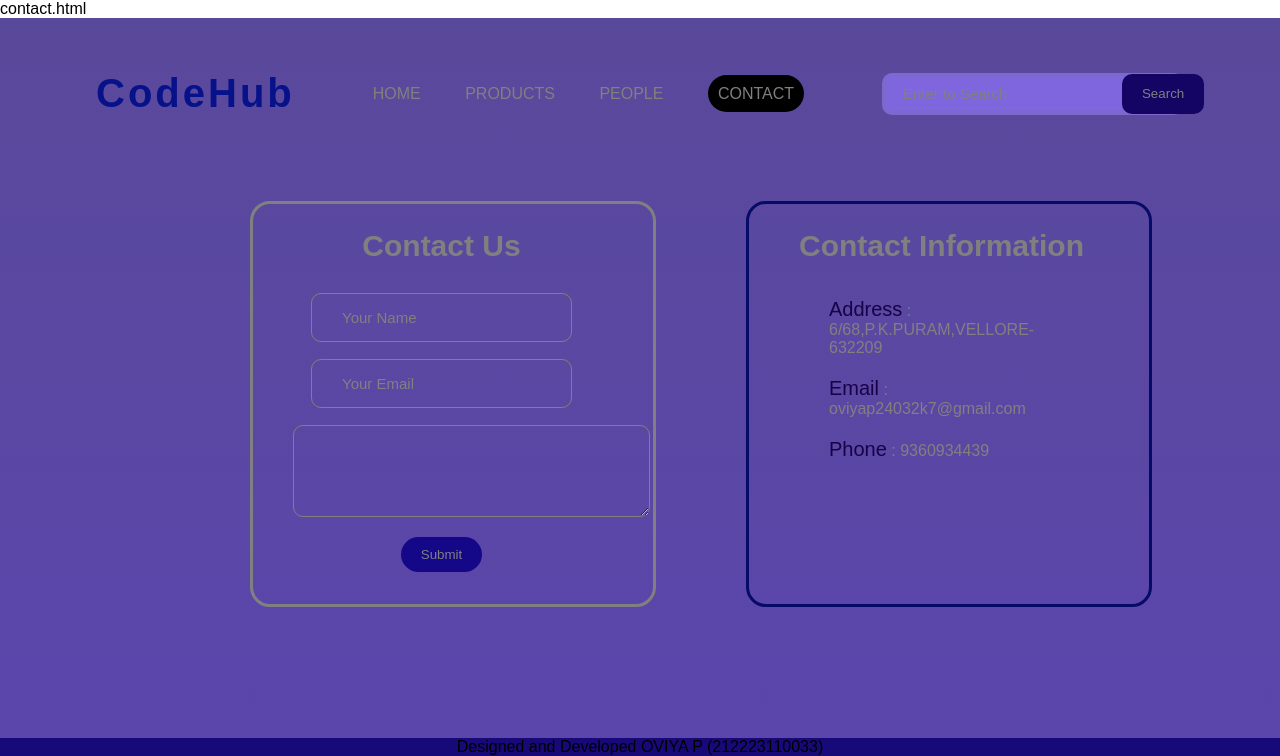
Repository: Oviya24032K6/softweb
Page: oviya/softapp/static/contact.html
These files come from the project's save history. The page is drawn as it stood at one moment and after the next save; the edit follows.
The browser window is 1280 px wide. The pictures show the whole page.

Above is the page before, as saved 2024-04-23 11:38:12.

After the next save:
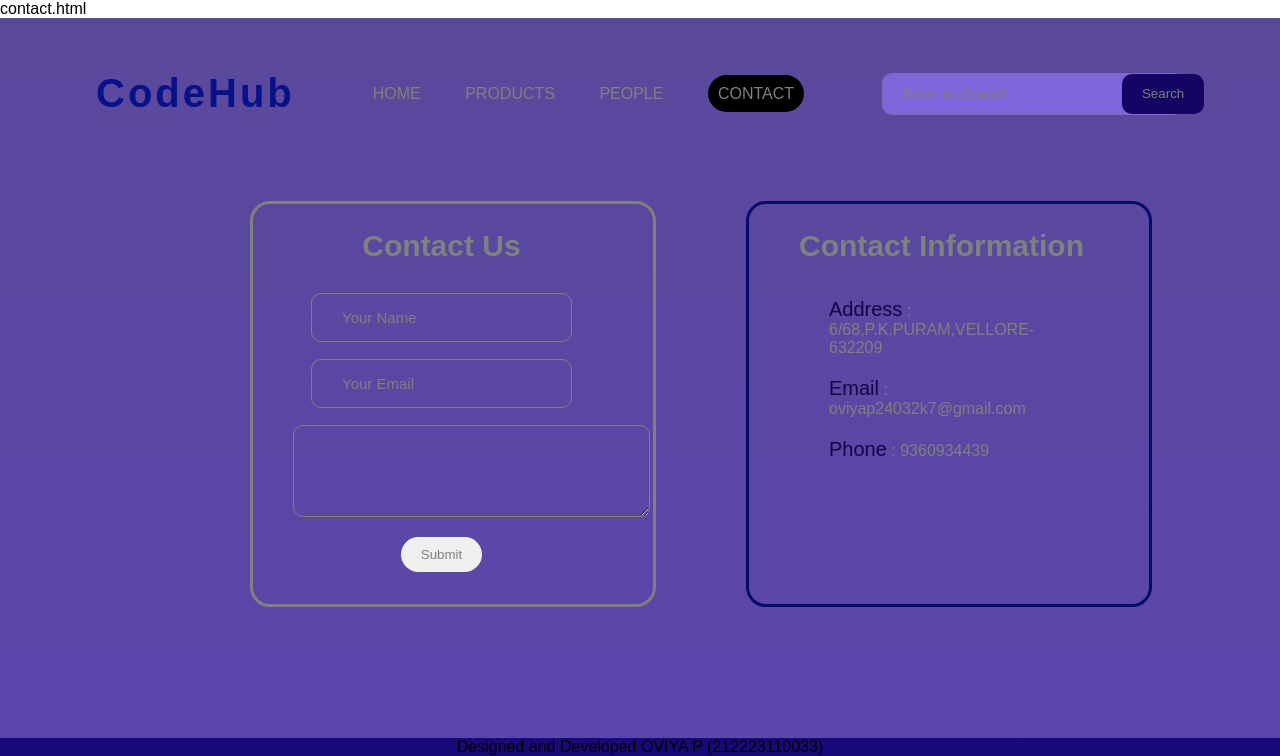
Saved 59 s later.
--- a/oviya/softapp/static/contact.html
+++ b/oviya/softapp/static/contact.html
@@ -154,7 +154,7 @@ contact.html
                 padding: 10px 20px;
                 color: gray;
                 border-radius: 30px;
-                background:#140788;
+                background:C:\Users\poviy\softweb\oviya\softapp\static\home.html;
                 cursor: pointer;
                 position: relative;
                 top: 50px;
